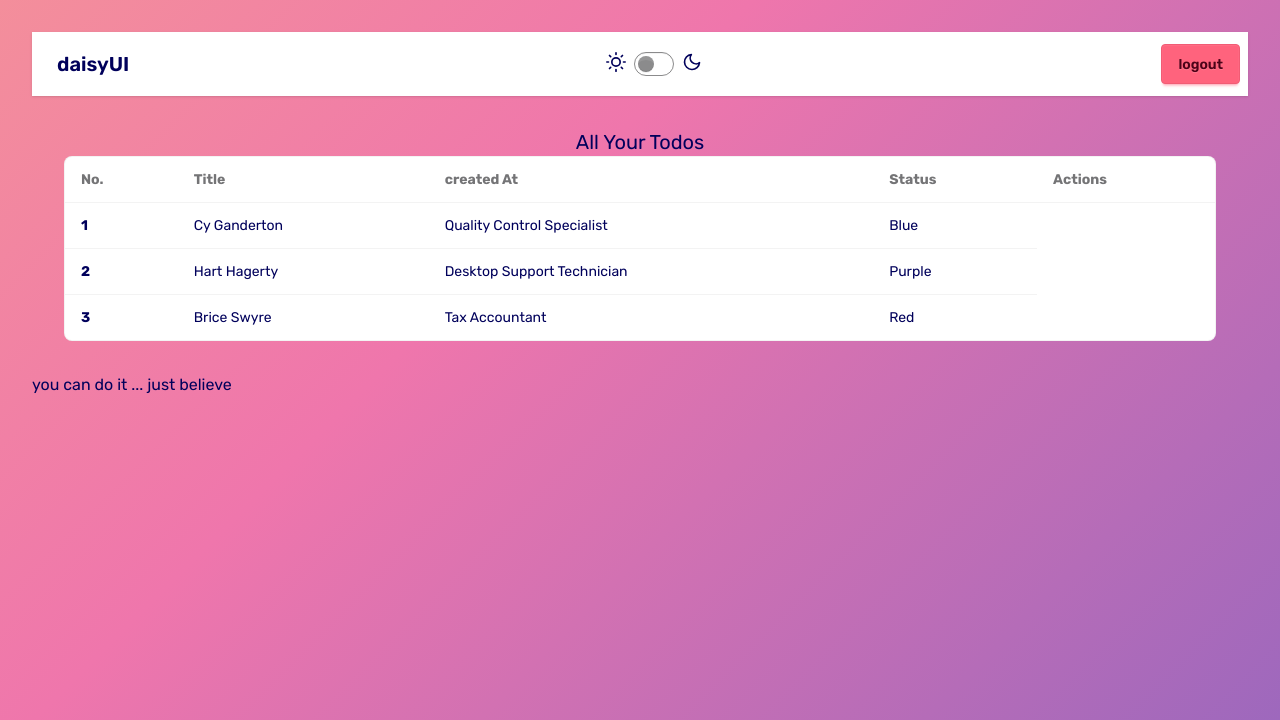
Repository: mariamnabil23/ToDo_App
Page: /
These files come from the project's save history. The page is drawn as it stood at one moment and after the next save; the edit follows.
The browser window is 1280 px wide. The pictures show the whole page.
Some web fonts or font styles are not loaded; a fallback is used. The project was rebuilt for these pictures with package versions that can differ from the ones it lists, and the page was loaded fresh each time. Requests to the local data server were answered from the project's data file. Also part of the build but not shown: vite.config.js, src/pages/Profile.jsx, src/pages/NotFound.jsx.

Above is the page before, as saved 2025-05-01 23:36:00.

### index.html
<!doctype html>
<html lang="en">
  <head>
    <meta charset="UTF-8" />
    <link rel="icon" type="image/svg+xml" href="/vite.svg" />
    <meta name="viewport" content="width=device-width, initial-scale=1.0" />

    <link rel="preconnect" href="https://fonts.googleapis.com">
<link rel="preconnect" href="https://fonts.gstatic.com" crossorigin>
<link href="https://fonts.googleapis.com/css2?family=Cairo:wght@200..1000&family=Indie+Flower&family=Poetsen+One&family=Rubik:ital,wght@0,300..900;1,300..900&family=Tagesschrift&family=Tajawal:wght@200;300;400;500;700;800;900&display=swap" rel="stylesheet">

    <title>ToDo App</title>
  </head>
  <body>
    <div id="root"></div>
    <script type="module" src="/src/main.jsx"></script>
  </body>
</html>

### src/main.jsx
import { StrictMode } from 'react'
import { createRoot } from 'react-dom/client'
import "./index.css"
import App from './App.jsx'
import { AuthContextProvider } from './context/AuthContext.jsx'
import { TodoContextProvider } from './context/TodoContext.jsx'
import { ThemeContextProvider } from './context/ThemeContext.jsx'

createRoot(document.getElementById('root')).render(
  <StrictMode>
    <AuthContextProvider>
      <TodoContextProvider>
        <ThemeContextProvider>
          <App />
        </ThemeContextProvider>
      </TodoContextProvider>
    </AuthContextProvider>
  </StrictMode>,
)

### src/index.css
@import "tailwindcss";
@plugin "daisyui";

body{
    min-height: 100vh;
    font-family: "Rubik", sans-serif;
    font-optical-sizing: auto;
    font-style: normal;
}


.app{
    min-height: 100vh;

    display: flex;
  flex-direction: column;
}

.lightMood {
  background: linear-gradient(-45deg, #4158D0, #ef76ac, #FFCC70, #00DBDE);
  background-size: 400% 400%;
  animation: gradientMove 10s ease infinite;
}

@keyframes gradientMove {
  0% {
    background-position: 0% 50%;
  }
  50% {
    background-position: 100% 50%;
  }
  100% {
    background-position: 0% 50%;
  }
}

.darkMood{
    background-color: rgb(1, 1, 62);
    color: bisque;

}

table, .navbar, .modal{
    color:  rgb(0, 0, 91);
}

### src/App.jsx
import { useContext } from "react"
import { ThemeContext } from "./context/ThemeContext"
import "./App.css"
import { BrowserRouter, Routes, Route } from 'react-router-dom';

import Layout from "./layout/Layout";
import Home from "./pages/Home"
import Profile from "./pages/Profile"
import NotFound from "./pages/NotFound"


function App() {

  const {dark} = useContext(ThemeContext);

  return (
    <>
      <div className={dark ? "app  darkMood" : "app  lightMood"}  >

      <BrowserRouter>
        <Routes>
          <Route path="/"  element={ <Layout/> } >

          <Route index={true}  element={ <Home/> } />
          <Route path="profile"  element={ <Profile/> } />
          <Route path="*" element={<NotFound />} />

          </Route>

        </Routes>
      </BrowserRouter>

      </div>
    </>
  )
}

export default App

### src/context/AuthContext.jsx
import axios from "axios";
import { createContext, useEffect, useState } from "react";
import emailjs from 'emailjs-com';
import toast from "react-hot-toast";


// 1- create context
export const AuthContext = createContext();

// 2- create provider function that contain all data we will send (value)
export const AuthContextProvider = ({ children }) => {
    const [allUsers, setAllUsers] = useState([]);
    const [currentUser, setCurrentUser] = useState(() => {
        const savedUser = sessionStorage.getItem("currentUser");
        return savedUser ? JSON.parse(savedUser) : null;
    });

    const urlAPI = "http://localhost:3000/users";
    // fetch all users from API
    const fetchUsers = () => {
        axios
            .get(urlAPI)
            .then((res) => setAllUsers(res.data))
            .catch((err) => console.log("Error fetching users ❌", err));
    };

    useEffect(() => {
        fetchUsers();

    }, []);

    // login
    const handleLogin = (userInfo) => {
        setCurrentUser(userInfo);
    };


    // register
    const handleRegister = (newUser) => {
        axios.post(urlAPI, newUser)
        .then((data)=>console.log(data.data))
        .catch((error)=(confirm.log("Failed to add new users in the app ❌")))
    };

    // logout
    const handleLogout = () => {
        setCurrentUser(null);
        sessionStorage.removeItem("currentUser");
    };




        const sendCompletedTodos = (userEmail, username, completedTodos) => {
      const completedList = completedTodos.map(todo => `• ${todo.title}`).join('\n');

      const templateParams = {
        to_email: userEmail,
        username: username,
        completedTodos: completedList
      };

      emailjs.send('service_qwtjd51', 'template_w157uec', templateParams, '08YRxWyjDgOt_r7sV')
        .then((res) => {
          toast.success('Email sent successfully! 📧');
          console.log(templateParams)
        })
        .catch((err) => {
          toast.error('Failed to send email ❌');
          console.error(err);
        });
    };






    // 3- wrapper everything to the context provider
    return (
        <AuthContext.Provider value={ { allUsers, currentUser, handleLogin, handleRegister, handleLogout, sendCompletedTodos } }>

            {children}

        </AuthContext.Provider>
    );
};

### src/context/TodoContext.jsx
import axios from "axios";
import { createContext, useEffect, useState } from "react";

export const TodoContext =  createContext();



export const TodoContextProvider =( {children} )=>{

    const [todos, setTodos] = useState([]);

    // fetch todos data
    useEffect(()=>{
        axios.get("http://localhost:3000/todos")
        .then((res)=>{
            console.log(res.data);
            setTodos(res.data);
        })
        .catch((error)=>(console.log("Error from Fetching Todos! ❌", error)))
    },[])


    // add todo
    const addTodo =(newTodo)=>{

    }

    // delete todo
    const deleteTodo =(id)=>{
        setTodos(  todos.filter( (todo) => (todo.id !== id) )  )
    }

    // edit todo state
    const editTodoState =()=>{

    }

    // clear all todos
    const clearAllTodos =()=>{
        setTodos( null )
    }


    return <TodoContext.Provider  value={{todos}} >
        {children}
    </TodoContext.Provider>
}

### src/context/ThemeContext.jsx
import { createContext, useState } from "react";

export const ThemeContext =  createContext();

export const ThemeContextProvider =( {children} )=>{

    const [dark, setDark] = useState(() => {
        const saved = sessionStorage.getItem("darkTheme");
        return saved === "true";         // output ===> false
    });

    const switchTheme = () => {
    setDark((prev) => {
        const newValue = !prev;         // newValue = true ===> dark
        sessionStorage.setItem("darkTheme", newValue);
        return newValue;
    });
    };

    return <ThemeContext.Provider  value={{dark, switchTheme}} >
        {children}
    </ThemeContext.Provider>
}

### src/App.css
.app {
    min-height: 100vh;
    padding: 2rem;
    transition: all 0.3s ease;
}

.lightMood{
    background-color: bisque;
    color: rgb(0, 0, 91);
}
.darkMood{
    background-color: rgb(0, 0, 91);
    color: bisque;
}

### src/layout/Layout.jsx
import React from 'react'
import Navbar from "../components/Navbar"
import Footer from "../components/Footer"

import { Outlet } from 'react-router-dom';


const Layout = () => {
    return (
        <div>
            <Navbar/>

            <main style={{ padding: '2rem' }}>
                <Outlet />
            </main>

            <Footer/>
        </div>
    )
}

export default Layout

### src/pages/Home.jsx
import React from 'react'

const Home = () => {
  return (
    <>
    <h1 className='text-center text-xl' >All Your Todos</h1>
    <div className="overflow-x-auto rounded-box border border-base-content/5 bg-base-100">
  <table className="table">
    {/* head */}
    <thead>
      <tr>
        <th>No.</th>
        <th>Title</th>
        <th>created At</th>
        <th>Status</th>
        <th>Actions</th>
      </tr>
    </thead>
    <tbody>
      {/* row 1 */}
      <tr>
        <th>1</th>
        <td>Cy Ganderton</td>
        <td>Quality Control Specialist</td>
        <td>Blue</td>
      </tr>
      {/* row 2 */}
      <tr>
        <th>2</th>
        <td>Hart Hagerty</td>
        <td>Desktop Support Technician</td>
        <td>Purple</td>
      </tr>
      {/* row 3 */}
      <tr>
        <th>3</th>
        <td>Brice Swyre</td>
        <td>Tax Accountant</td>
        <td>Red</td>
      </tr>
    </tbody>
  </table>
</div>
    </>
  )
}

export default Home

### src/components/Navbar.jsx
import React from 'react'
import Theme from './Theme'

const Navbar = () => {
  return (
    <>
      <div className="navbar bg-base-100 shadow-sm flex justify-between items-center">
        <a className="btn btn-ghost text-xl">daisyUI</a>

<Theme/>

        <button className='btn btn-error'>logout</button>
      </div>
    </>
  )
}

export default Navbar

### src/components/Footer.jsx
import React from 'react'

const Footer = () => {
    return (
        <div>
            <h1>you can do it ... just believe</h1>
        </div>
    )
}

export default Footer

### src/components/Theme.jsx
import React, { useContext } from 'react'
import { ThemeContext } from '../context/ThemeContext'


const Theme = () => {

    const {dark, switchTheme} = useContext(ThemeContext);


    return (
        <>
        <label className="flex cursor-pointer gap-2">
        <svg
            xmlns="http://www.w3.org/2000/svg"
            width="20"
            height="20"
            viewBox="0 0 24 24"
            fill="none"
            stroke="currentColor"
            strokeWidth="2"
            strokeLinecap="round"
            strokeLinejoin="round">
            <circle cx="12" cy="12" r="5" />
            <path
            d="M12 1v2M12 21v2M4.2 4.2l1.4 1.4M18.4 18.4l1.4 1.4M1 12h2M21 12h2M4.2 19.8l1.4-1.4M18.4 5.6l1.4-1.4" />
        </svg>
        <input type="checkbox" value="synthwave" className="toggle theme-controller"  checked={dark}  onChange={switchTheme} />
        <svg
            xmlns="http://www.w3.org/2000/svg"
            width="20"
            height="20"
            viewBox="0 0 24 24"
            fill="none"
            stroke="currentColor"
            strokeWidth="2"
            strokeLinecap="round"
            strokeLinejoin="round">
            <path d="M21 12.79A9 9 0 1 1 11.21 3 7 7 0 0 0 21 12.79z"></path>
        </svg>
    </label>
        </>
    )
}

export default Theme

### db.json
{
"todos": [
    {
        "id": 1,
        "title": "task 1",
        "completed": false,
        "userId": 1,
        "createdAt": "2025-04-30T10:15:00Z"
    },
    {
        "id": 2,
        "title": "task2",
        "completed": true,
        "userId": 1,
        "createdAt": "2025-04-30T10:15:00Z"
    },
    {
        "id": 3,
        "title": "task3",
        "completed": true,
        "userId": 2,
        "createdAt": "2025-04-30T10:15:00Z"
    },
    {
        "id": 4,
        "title": "task4",
        "completed": false,
        "userId": 2,
        "createdAt": "2025-04-30T10:15:00Z"
    }
],


"users": [
    {
        "id": 1,
        "username": "mona",
        "password": "1234",
        "image": "data:[embedded picture, 5635 characters]"
    },
    {
        "id": 2,
        "username": "ahmed",
        "password": "abcd",
        "image": "data:[embedded picture, 5751 characters]"
    }
]

}

After the next save:
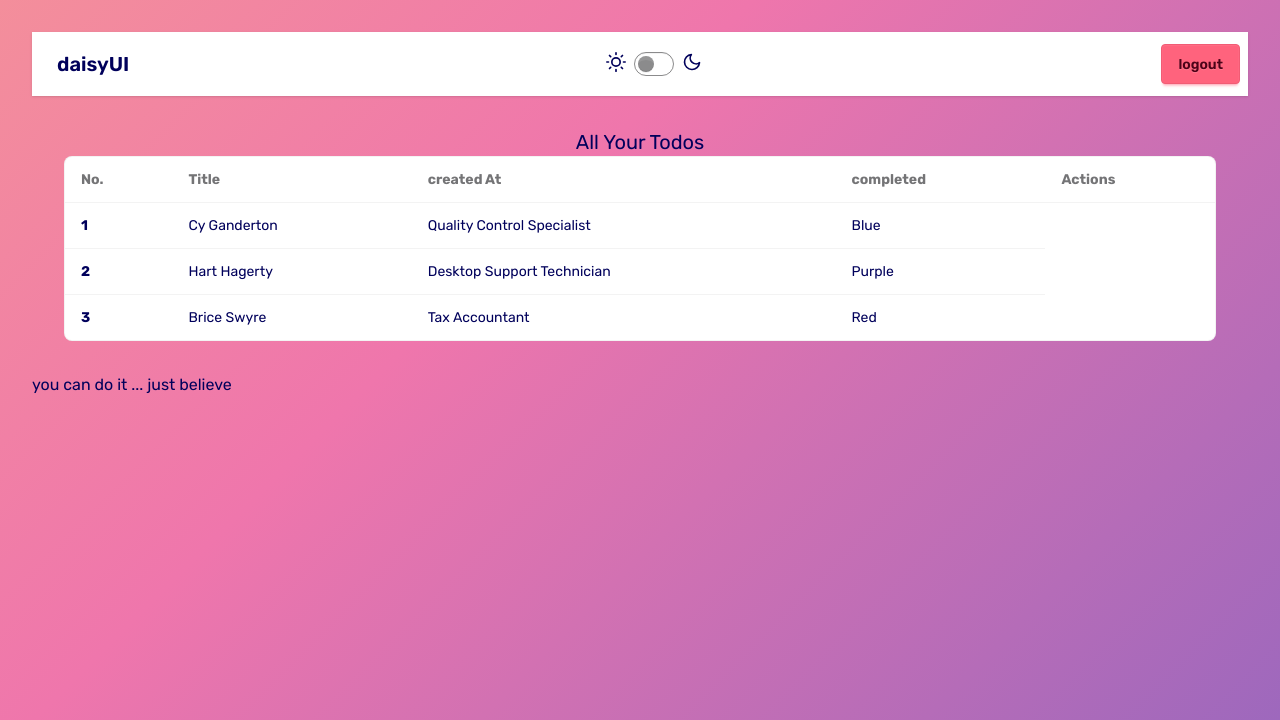
Saved 12 s later.
--- a/src/pages/Home.jsx
+++ b/src/pages/Home.jsx
@@ -12,7 +12,7 @@ const Home = () => {
         <th>No.</th>
         <th>Title</th>
         <th>created At</th>
-        <th>Status</th>
+        <th>completed</th>
         <th>Actions</th>
       </tr>
     </thead>
